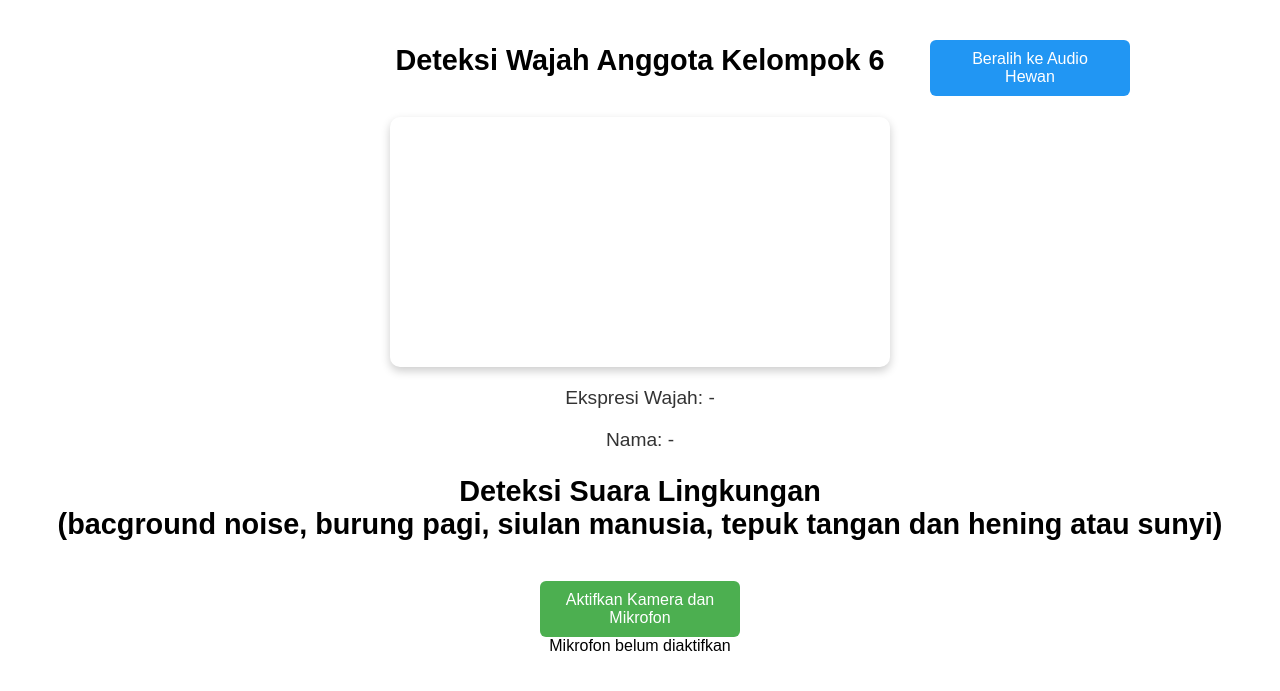
Repository: RalfyBawinto/working-teachable-machine
Page: index.html
An editor plug-in stored every save of this project. The page is shown before and after the next save, followed by the edit.
The browser window is 1280 px wide. The pictures show the whole page.

Above is the page before, as saved 2025-04-22 20:31:09.

After the next save:
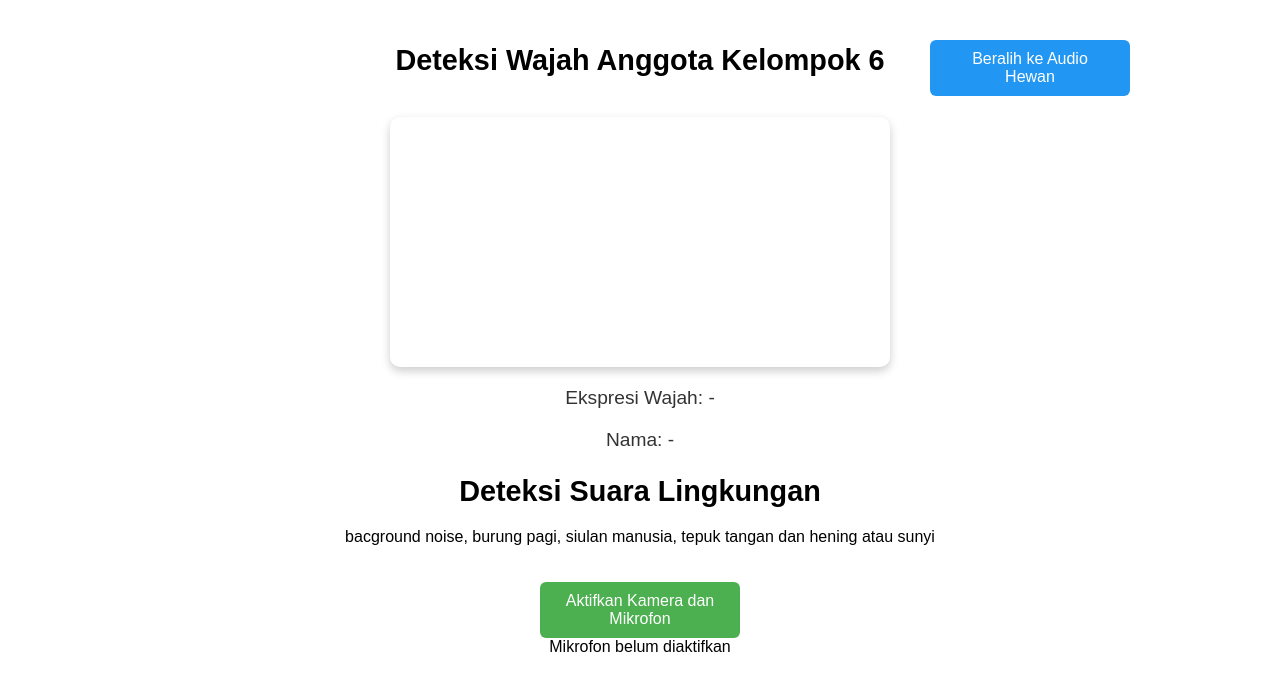
Saved 27 s later.
--- a/index.html
+++ b/index.html
@@ -23,10 +23,11 @@
       <div class="output" id="name-output">Nama: -</div>
     </div>
 
-    <h2>
-      Deteksi Suara Lingkungan <br />(bacground noise, burung pagi, siulan
-      manusia, tepuk tangan dan hening atau sunyi)
-    </h2>
+    <h2>Deteksi Suara Lingkungan</h2>
+    <p>
+      bacground noise, burung pagi, siulan manusia, tepuk tangan dan hening atau
+      sunyi
+    </p>
 
     <!-- Kontrol deteksi suara -->
     <button onclick="aktifkanDeteksi()">Aktifkan Kamera dan Mikrofon</button>
